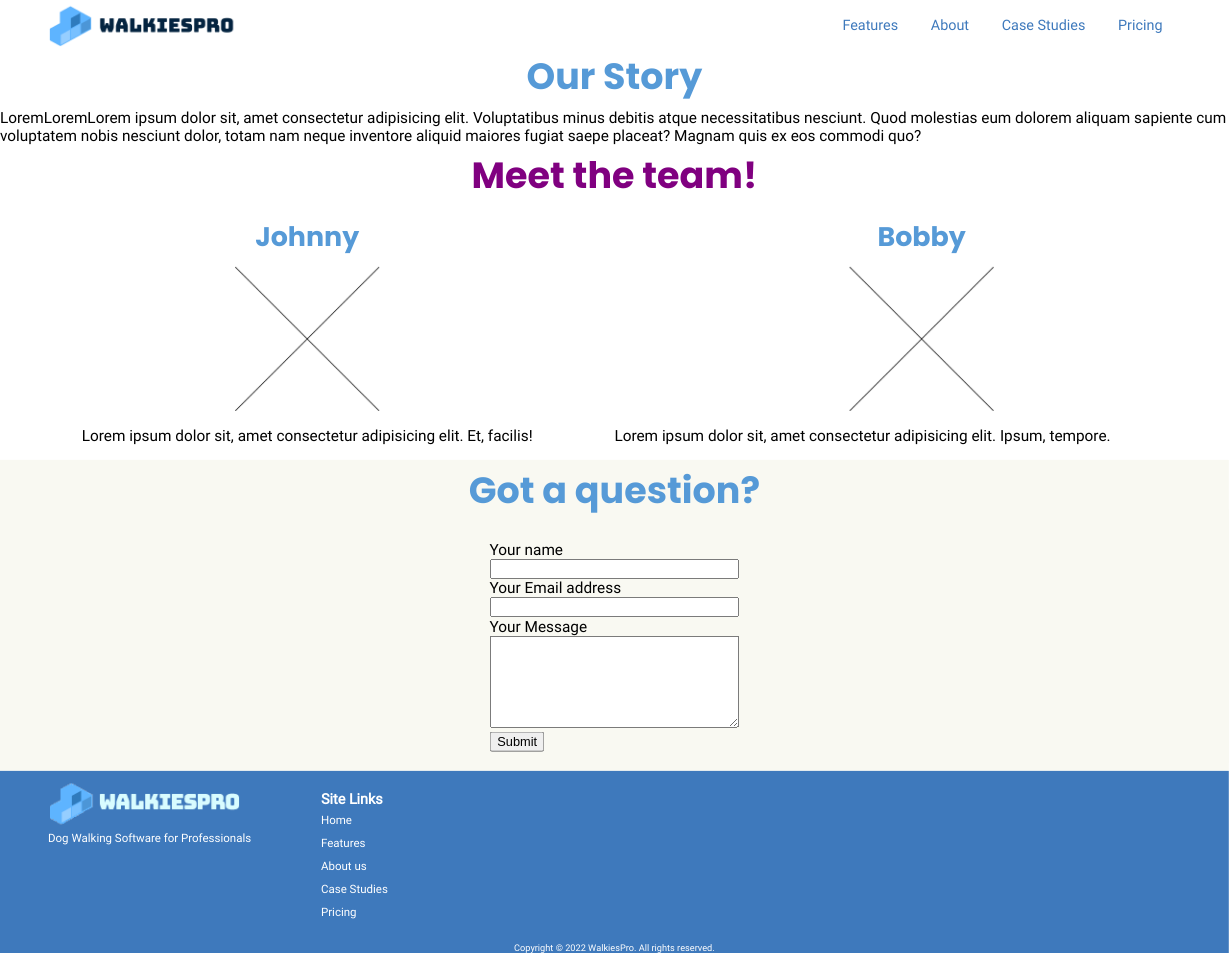
Repository: StevieC87/LAYOUT4
Page: about-us.html
These files come from the project's save history. The page is drawn as it stood at one moment and after the next save; the edit follows.
The browser window is 1280 px wide. The pictures show the whole page, at 96% of full size.

Above is the page before, as saved 2022-01-02 16:20:20.

After the next save:
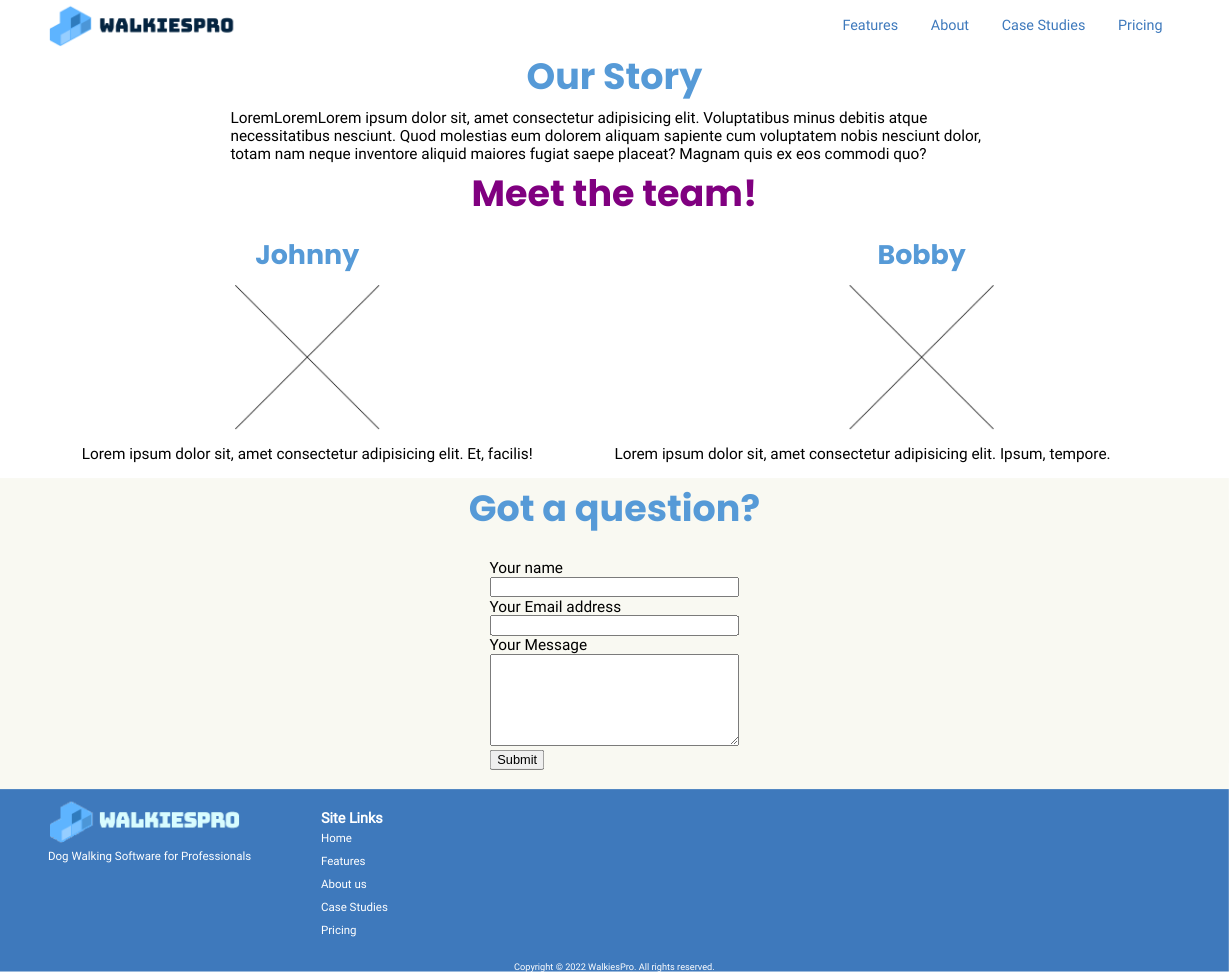
Saved 16 s later.
--- a/css/aboutus.css
+++ b/css/aboutus.css
@@ -14,6 +14,7 @@ ABOUT US
 
 .ourstoryp {
   /* max-width: 80%;  */
+  max-width: 800px;
   align-self: center;
   justify-self: center;
 }
